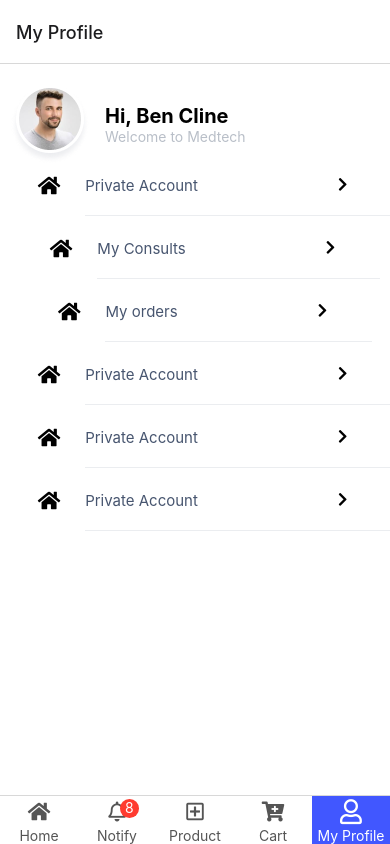
Repository: ntu34543/designReactNative
Screen: /My Profile
The author's editor kept a copy of each file at every save. The screen is drawn from the files as they stood at one save, then again after the next save.
The app was drawn by React Native's web renderer in a window 390 px wide. The project was rebuilt for these pictures with package versions that can differ from the ones it lists, and the page was loaded fresh each time. Also part of the build but not shown: page/DiabetesCare.js, page/Notify.js, page/Cart.js.

Above is the screen before, as saved 2022-11-02 10:58:13.

### App.js
import { StatusBar } from "expo-status-bar";
import { StyleSheet, Text, View, Pressable, TabBarIOSItem } from "react-native";
import { NavigationContainer } from "@react-navigation/native";
import { createStackNavigator } from "@react-navigation/stack";
import ScreenA from "./page/Home";
import ScreenB from "./page/DiabetesCare";
import Profile from "./page/Profile";
import Notify from "./page/Notify";
import Cart from "./page/Cart";
import FontAwesome5 from "react-native-vector-icons/FontAwesome5";
import { createBottomTabNavigator } from "@react-navigation/bottom-tabs";

const Tab = createBottomTabNavigator();
const Stack = createStackNavigator();
// const Tab = createStackNavigator();
export default function App() {
  return (
    <NavigationContainer>
      <Tab.Navigator
        // screenOptions={{ header: () => null }}
        screenOptions={({ route }) => ({
          tabBarIcon: ({ focused, size, color }) => {
            let iconName;
            if (route.name === "Home") {
              iconName = "home";
              size = focused ? 25 : 20;
              // color = focused ? "#f0f" : "#555";
            } else if (route.name === "Product") {
              iconName = "plus-square";
              size = focused ? 25 : 20;
              // color = focused ? "#f0f" : "#555";
            } else if (route.name === "My Profile") {
              iconName = "user";
              size = focused ? 25 : 20;
              // color = focused ? "#f0f" : "#555";
            } else if (route.name === "Notify") {
              iconName = "bell";
              size = focused ? 25 : 20;
              // color = focused ? "#f0f" : "#555";
            } else if (route.name === "Cart") {
              iconName = "cart-plus";
              size = focused ? 25 : 20;
              // color = focused ? "#f0f" : "#555";
            }
            return <FontAwesome5 name={iconName} size={size} color={color} />;
          },
        })}
        tabBarOptions={{
          activeTintColor: "white",
          activeBackgroundColor: "#4157ff",
          inactiveTintColor: "#555",
          inactiveBackgroundColor: "white",
          showLabel: true,
          labelStyle: { fontSize: 14 },
        }}
      >
        <Tab.Screen
          name="Home"
          component={ScreenA}
          // options={{ tabBarBadge: 3 }}
        />
        {/* options={{header: () => null}} */}
        <Tab.Screen name="Notify" options={{ tabBarBadge: 8 }} component={Notify} />
        <Tab.Screen name="Product" component={ScreenB} />
        <Tab.Screen name="Cart" component={Cart} />
        <Tab.Screen name="My Profile" component={Profile} />
      </Tab.Navigator>
    </NavigationContainer>
  );
}

### page/Home.js
import { StatusBar } from "expo-status-bar";
import { StyleSheet, Text, View, Pressable } from "react-native";

export default function ScreenA({ navigation }) {
  const onPressHandler = () => {
    navigation.navigate("Screen_B");
    // navigation.replace("Screen_B");
  };
  return (
    <View style={styles.body}>
      <Text style={styles.text}>Home</Text>
      <Pressable
        onPress={onPressHandler}
        style={({ pressed }) => ({
          backgroundColor: pressed ? "#ddd" : "#0f0",
        })}
      >
        <Text style={styles.text}>Go to the Screen B</Text>
      </Pressable>
    </View>
  );
}

const styles = StyleSheet.create({
  body: {
    flex: 1,
    justifyContent: "center",
    alignItems: "center",
  },
  text: {
    fontSize: 30,
    fontWeight: "bold",
  },
});

### page/Profile.js
import { useState } from "react";
import { StatusBar } from "expo-status-bar";
import {
  StyleSheet,
  Text,
  View,
  Pressable,
  Image,
  ScrollView,
  FlatList,
  SafeAreaView,
} from "react-native";
import FontAwesome5 from "react-native-vector-icons/FontAwesome5";

export default function Profile({ navigation }) {
  const onPressHandler = () => {
    navigation.navigate("Screen_A");
    // navigation.goBack();
  };
  return (
    <View style={styles.body}>
      <View style={styles.header}>
        <Image
          style={styles.image}
          source={require("../assets/img/profile.png")}
        />
        <View style={styles.inf}>
          <Text style={styles.text1}>Hi, Ben Cline</Text>
          <Text style={styles.text2}>Welcome to Medtech</Text>
        </View>
      </View>
      <View style={styles.main}>
        <View style={styles.block}>
          <FontAwesome5 name="home" size={20} style={styles.iconHome} />
          <View style={styles.item}>
            <Text style={styles.text3}>Private Account</Text>
            <FontAwesome5 name="chevron-right" size={15} color="black" style={styles.iconChevron} />
          </View>
        </View>
        <View style={styles.block}>
          <FontAwesome5 name="home" size={20} style={styles.iconHome} />
          <View style={styles.item}>
            <Text style={styles.text3}>My Consults</Text>
            <FontAwesome5 name="chevron-right" size={15} color="black" style={styles.iconChevron} />
          </View>
        </View>
        <View style={styles.block}>
          <FontAwesome5 name="home" size={20} style={styles.iconHome} />
          <View style={styles.item}>
            <Text style={styles.text3}>My orders</Text>
            <FontAwesome5 name="chevron-right" size={15} color="black" style={styles.iconChevron} />
          </View>
        </View>
        <View style={styles.block}>
          <FontAwesome5 name="home" size={20} style={styles.iconHome} />
          <View style={styles.item}>
            <Text style={styles.text3}>Private Account</Text>
            <FontAwesome5 name="chevron-right" size={15} color="black" style={styles.iconChevron} />
          </View>
        </View>
        <View style={styles.block}>
          <FontAwesome5 name="home" size={20} style={styles.iconHome} />
          <View style={styles.item}>
            <Text style={styles.text3}>Private Account</Text>
            <FontAwesome5 name="chevron-right" size={15} color="black" style={styles.iconChevron} />
          </View>
        </View>
        <View style={styles.block}>
          <FontAwesome5 name="home" size={20} style={styles.iconHome} />
          <View style={styles.item}>
            <Text style={styles.text3}>Private Account</Text>
            <FontAwesome5 name="chevron-right" size={15} color="black" style={styles.iconChevron} />
          </View>
        </View>
      </View>
    </View>
  );
}

const styles = StyleSheet.create({
  body: {
    flex: 1,
    backgroundColor: "white",
    paddingLeft: 10,
    paddingRight: 0,
  },
  text: {
    fontSize: 30,
    fontWeight: "bold",
  },
  header: {
    flexDirection: "row",
    alignItems: "center",
    marginTop: 20,
  },
  inf: {
    marginLeft: 15,
  },
  image: {},
  text1: {
    fontWeight: "bold",
    fontSize: 20,
  },
  text2: {
    fontWeight: "light",
    fontSize: 14,
    color: "#b9bfc8",
  },
  main: {},
  block: {
    flexDirection: "row",
    alignItems: "center",
    justifyContent: "center",
    padding: 10,
  },
  item: {
    flexDirection: "row",
    borderBottomWidth: 1,
    borderBottomColor: "#091C3F14",
    marginLeft: 25,
    alignItems: "center",
    paddingRight: 45,
    paddingBottom: 20,
  },
  text3: {
    color: "#091C3FBF",
    fontWeight: "light",
    fontSize: 15,
  },
  iconChevron : {
    paddingLeft: 140,
  },
  iconHome: {
    marginLeft: 30,
    paddingBottom: 20,
  }
});

After the next save:
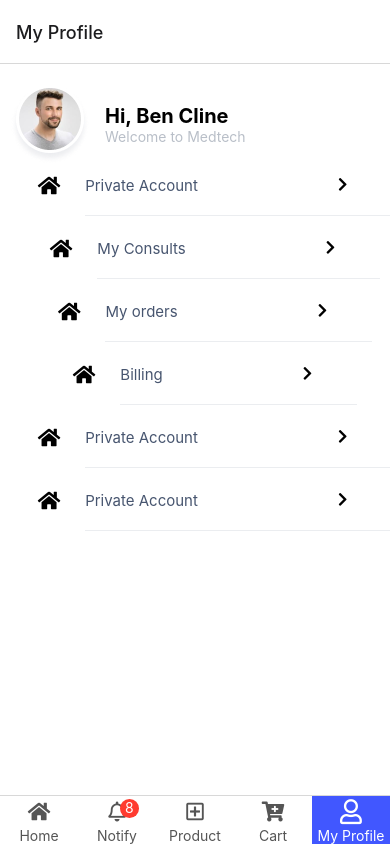
Saved 6 s later.
--- a/page/Profile.js
+++ b/page/Profile.js
@@ -54,7 +54,7 @@ export default function Profile({ navigation }) {
         <View style={styles.block}>
           <FontAwesome5 name="home" size={20} style={styles.iconHome} />
           <View style={styles.item}>
-            <Text style={styles.text3}>Private Account</Text>
+            <Text style={styles.text3}>Billing</Text>
             <FontAwesome5 name="chevron-right" size={15} color="black" style={styles.iconChevron} />
           </View>
         </View>
